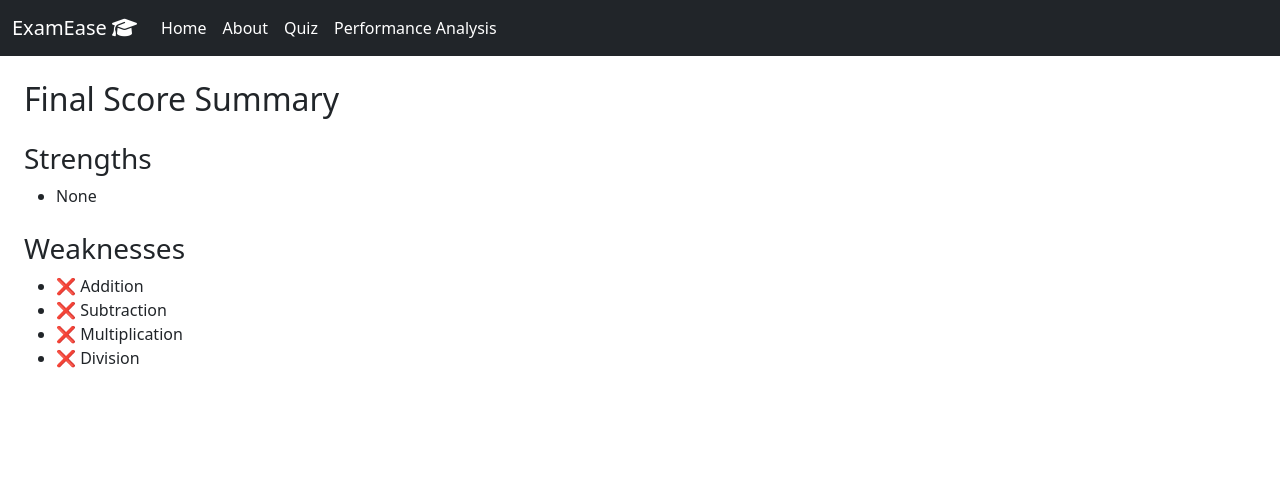
Repository: rahul-chakradhari/devquest
Page: /ana (app in project/)
The author's editor kept a copy of each file at every save. The page is drawn from the files as they stood at one save, then again after the next save.
The browser window is 1280 px wide. The pictures show the whole page.
The project was rebuilt for these pictures with package versions that can differ from the ones it lists, and the page was loaded fresh each time. Also part of the build but not shown: project/vite.config.js, project/src/App.css, project/src/components/Home.jsx, project/src/components/About.jsx, project/src/components/ProgressBar.jsx, project/src/components/Quiz.jsx, project/src/index.css.

Above is the page before, as saved 2025-02-24 13:51:02.

### project/index.html
<!DOCTYPE html>
<html lang="en">
  <head>
    <meta charset="UTF-8" />
    <link rel="icon" type="image/svg+xml" href="/vite.svg" />
    <meta name="viewport" content="width=device-width, initial-scale=1.0" />
    <title>ExamEase - Interactive Quiz & Assessment System</title>
    <link
      href="https://cdn.jsdelivr.net/npm/bootstrap@5.3.3/dist/css/bootstrap.min.css"
      rel="stylesheet"
      integrity="sha384-QWTKZyjpPEjISv5WaRU9OFeRpok6YctnYmDr5pNlyT2bRjXh0JMhjY6hW+ALEwIH"
      crossorigin="anonymous"
    />
    <link rel="stylesheet" href="https://cdnjs.cloudflare.com/ajax/libs/font-awesome/6.5.1/css/all.min.css">

  </head>
  <body>
    <div id="root"></div>
    <script type="module" src="/src/main.jsx"></script>
    <script
      src="https://cdn.jsdelivr.net/npm/bootstrap@5.3.3/dist/js/bootstrap.bundle.min.js"
      integrity="sha384-YvpcrYf0tY3lHB60NNkmXc5s9fDVZLESaAA55NDzOxhy9GkcIdslK1eN7N6jIeHz"
      crossorigin="anonymous"
    ></script>
  </body>
</html>

### project/src/App.jsx
import { useState } from "react";
import "./App.css";
import React from "react";
import { BrowserRouter as Router, Routes, Route } from "react-router-dom";
import Navbar from "./components/Navbar";
import Home from "./components/Home";
import About from "./components/About";
import Quiz from "./components/Quiz";
import ProgressBar from "./components/ProgressBar";
import PerformanceAnalysis from "./components/PerformanceAnalysis";

function App() {
  const [count, setCount] = useState(0);
  const [questionStats, setQuestionStats] = useState({});
  return (
    <>
      <Router>
        <Navbar />
        <Routes>
          <Route path="/about" element={<About />} />
          <Route path="/" element={<Home />} />
          <Route path="/quiz" element={<Quiz />} />
          <Route path="/bar" element={<ProgressBar />} />
          <Route
            path="/ana"
            element={
              <PerformanceAnalysis questionStats={questionStats || {}} />
            }
          />
        </Routes>
      </Router>
    </>
  );
}

export default App;

### project/src/components/Navbar.jsx
import React from "react";
import { Link } from "react-router-dom";

const Navbar = () => {
  return (
    <nav className="navbar navbar-expand-lg navbar-dark bg-dark">
      <div className="container-fluid">
        <Link className="navbar-brand" to="/">
          ExamEase <i className="fa-solid fa-graduation-cap"></i>
        </Link>
        <button
          className="navbar-toggler"
          type="button"
          data-bs-toggle="collapse"
          data-bs-target="#navbarSupportedContent"
          aria-controls="navbarSupportedContent"
          aria-expanded="false"
          aria-label="Toggle navigation"
        >
          <span className="navbar-toggler-icon"></span>
        </button>
        <div className="collapse navbar-collapse" id="navbarSupportedContent">
          <ul className="navbar-nav me-auto mb-2 mb-lg-0">
            <li className="nav-item">
              <Link className="nav-link active" to="/">
                Home
              </Link>
            </li>
            <li className="nav-item">
              <Link className="nav-link active" to="/about">
                About
              </Link>
            </li>
            <li className="nav-item">
              <Link className="nav-link active" to="/quiz">
                Quiz
              </Link>
            </li>

            <li className="nav-item">
              <Link className="nav-link active" to="/ana">
                Performance Analysis
              </Link>
            </li>
          </ul>
        </div>
      </div>
    </nav>
  );
};

export default Navbar;

### project/src/components/PerformanceAnalysis.jsx
import React from "react";

const PerformanceAnalysis = ({ correctAnswers = [] }) => {
  // Define question categories
  const questionCategories = {
    Addition: [1, 3, 6, 8, 9],
    Subtraction: [2, 5, 8],
    Multiplication: [6, 10],
    Division: [4, 7, 9],
  };

  let questionStats = {
    Addition: 0,
    Subtraction: 0,
    Multiplication: 0,
    Division: 0,
  };

  // Ensure correctAnswers is a valid array before proceeding
  if (!Array.isArray(correctAnswers)) {
    return <p>Error: No correct answers data available.</p>;
  }

  // Count correct answers in each category
  correctAnswers.forEach((q) => {
    for (let category in questionCategories) {
      if (questionCategories[category].includes(q)) {
        questionStats[category]++;
      }
    }
  });

  // Convert to array for processing
  const operationCounts = Object.entries(questionStats);

  // Finding max & min attempted operations
  const maxCount = Math.max(...Object.values(questionStats));

  // Identify strengths
  const strengths = operationCounts
    .filter(([_, count]) => count === maxCount && count > 0)
    .map(([operation]) => operation);

  // Identify weaknesses (All categories not in strengths)
  const allCategories = Object.keys(questionCategories);
  const weaknesses = allCategories.filter(
    (category) => !strengths.includes(category)
  );

  return (
    <div className="p-4 bg-white rounded-lg shadow-md">
      <h2 className="text-xl font-semibold">Final Score Summary</h2>

      <h3 className="mt-4 font-semibold text-green-600">Strengths</h3>
      <ul>
        {strengths.length > 0 ? (
          strengths.map((s, index) => <li key={index}>✅ {s}</li>)
        ) : (
          <li>None</li>
        )}
      </ul>

      <h3 className="mt-4 font-semibold text-red-600">Weaknesses</h3>
      <ul>
        {weaknesses.length > 0 ? (
          weaknesses.map((w, index) => <li key={index}>❌ {w}</li>)
        ) : (
          <li>None</li>
        )}
      </ul>
    </div>
  );
};

export default PerformanceAnalysis;

Loaded but not shown: project/src/main.jsx (common file)

After the next save:
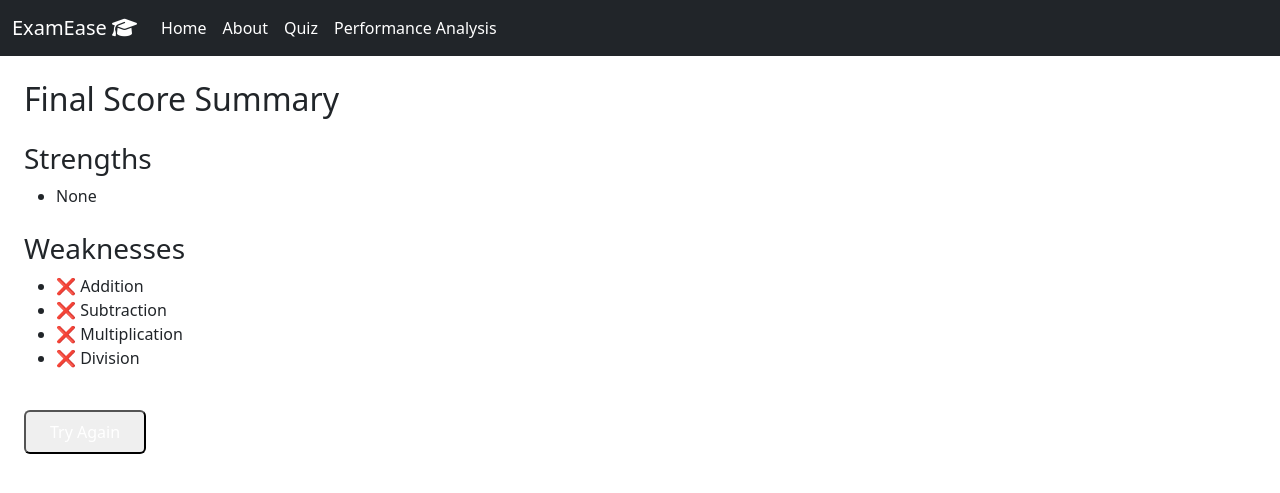
Saved 2 min 6 s later.
--- a/project/src/components/PerformanceAnalysis.jsx
+++ b/project/src/components/PerformanceAnalysis.jsx
@@ -1,6 +1,11 @@
 import React from "react";
+import { useLocation, useNavigate } from "react-router-dom";
 
-const PerformanceAnalysis = ({ correctAnswers = [] }) => {
+const PerformanceAnalysis = () => {
+  const location = useLocation();
+  const navigate = useNavigate();
+  const correctAnswers = location.state?.correctAnswers || [];
+
   // Define question categories
   const questionCategories = {
     Addition: [1, 3, 6, 8, 9],
@@ -15,11 +20,6 @@ const PerformanceAnalysis = ({ correctAnswers = [] }) => {
     Multiplication: 0,
     Division: 0,
   };
-
-  // Ensure correctAnswers is a valid array before proceeding
-  if (!Array.isArray(correctAnswers)) {
-    return <p>Error: No correct answers data available.</p>;
-  }
 
   // Count correct answers in each category
   correctAnswers.forEach((q) => {
@@ -68,6 +68,13 @@ const PerformanceAnalysis = ({ correctAnswers = [] }) => {
           <li>None</li>
         )}
       </ul>
+
+      <button
+        className="mt-4 px-4 py-2 bg-blue-500 text-white rounded"
+        onClick={() => navigate("/quiz")}
+      >
+        Try Again
+      </button>
     </div>
   );
 };
